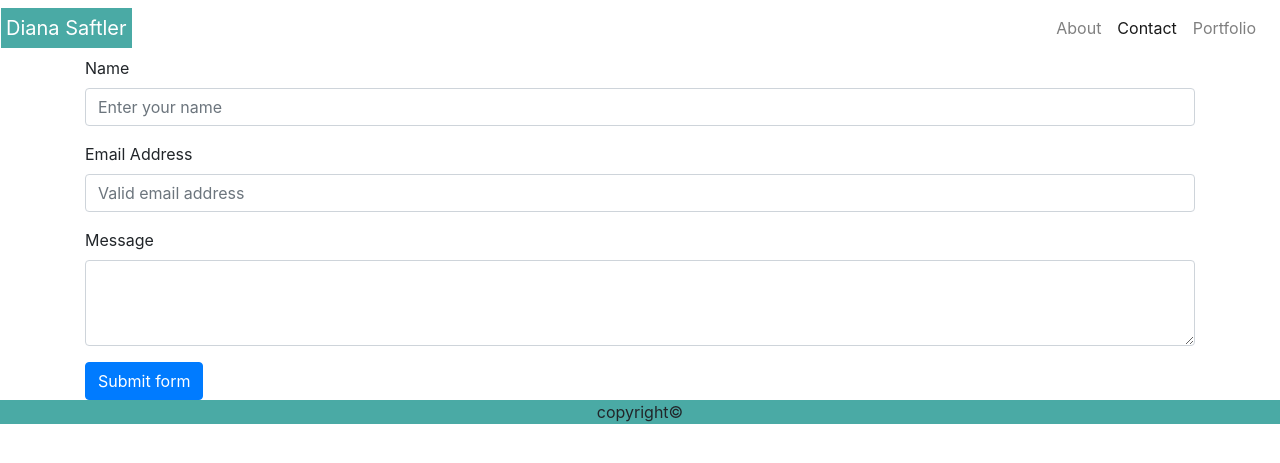
Repository: dsaftler/Bootstrap-Portfolio
Page: contact.html
The author's editor kept a copy of each file at every save. The page is drawn from the files as they stood at one save, then again after the next save.
The browser window is 1280 px wide. The pictures show the whole page.

Above is the page before, as saved 2019-03-21 01:02:06.

### contact.html
<!DOCTYPE html>
<html lang="en">
<head>
  <meta charset="UTF-8">
  <meta name="viewport" content="width=device-width, initial-scale=1.0">
  <meta http-equiv="X-UA-Compatible" content="ie=edge">
  <link rel="stylesheet" href="https://stackpath.bootstrapcdn.com/bootstrap/4.1.3/css/bootstrap.min.css" integrity="sha384-MCw98/SFnGE8fJT3GXwEOngsV7Zt27NXFoaoApmYm81iuXoPkFOJwJ8ERdknLPMO" crossorigin="anonymous">
  <link rel="icon" href="assets/images/Peony.jpg" type="image/jpg" sizes="16x16">
  <title>Contact</title>
</head>
<body>
    <nav class="navbar navbar-expand-lg navbar-light" >
        <a class="navbar-brand"  style="background-color: #4aaaa5; color: white; padding-right: 5px; padding-left: 5px; margin-left: -15px" href="#"> Diana Saftler </a>
        <button class="navbar-toggler" type="button" data-toggle="collapse" data-target="#navbarSupportedContent" aria-controls="navbarSupportedContent" aria-expanded="false" aria-label="Toggle navigation">
          <span class="navbar-toggler-icon"></span>
        </button>

        <div class="collapse navbar-collapse" id="navbarSupportedContent">
          <ul class="navbar-nav ml-auto">
            <li class="nav-item">
              <a class="nav-link" href="index.html">About</a>
            </li>
            <li class="nav-item active">
              <a class="nav-link" href="contact.html">Contact<span class="sr-only">(current)</span></a>
            </li>
            <li class="nav-item">
                <a class="nav-link"  href="portfolio.html">Portfolio</a>
             </li>
          </ul>
        </div>
      </nav>
      <div class="container">
          <form>
              <div class="form-group">
                <label for="formGroupExampleInput">Name</label>
                <input type="text" class="form-control" id="formGroupExampleInput" placeholder="Enter your name">
              </div>
              <div class="form-group">
                <label for="formGroupExampleInput2">Email Address</label>
                <input type="text" class="form-control" id="formGroupExampleInput2" placeholder="Valid email address">
              </div>
              <div class="form-group">
                <label for="exampleFormControlTextarea1">Message</label>
                <textarea class="form-control" id="exampleFormControlTextarea1" rows="3"></textarea>
              </div>
              <button class="btn btn-primary" type="submit">Submit form</button>
            </form>
      </div>
      <footer class="footer text-center"; style="background-color:#4aaaa5">
          <div class="container" >
            <span >copyright&copy</span>
          </div>
     </footer>


</body>
</html>

After the next save:
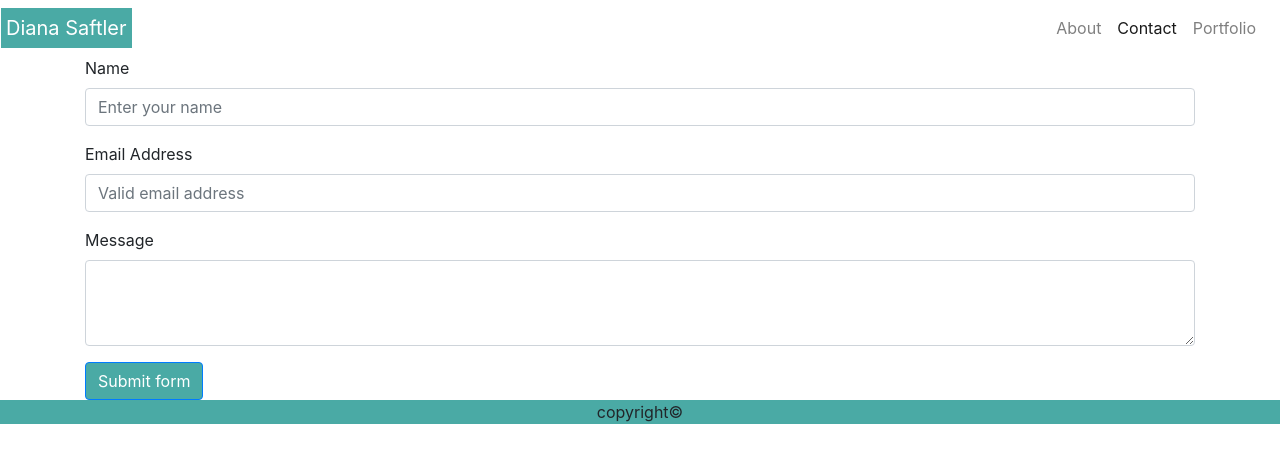
Saved 3 min 12 s later.
--- a/contact.html
+++ b/contact.html
@@ -43,7 +43,7 @@
                 <label for="exampleFormControlTextarea1">Message</label>
                 <textarea class="form-control" id="exampleFormControlTextarea1" rows="3"></textarea>
               </div>
-              <button class="btn btn-primary" type="submit">Submit form</button>
+              <button class="btn btn-primary" type="submit"; style="background-color: #4aaaa5">Submit form</button>
             </form>
       </div>
       <footer class="footer text-center"; style="background-color:#4aaaa5">
